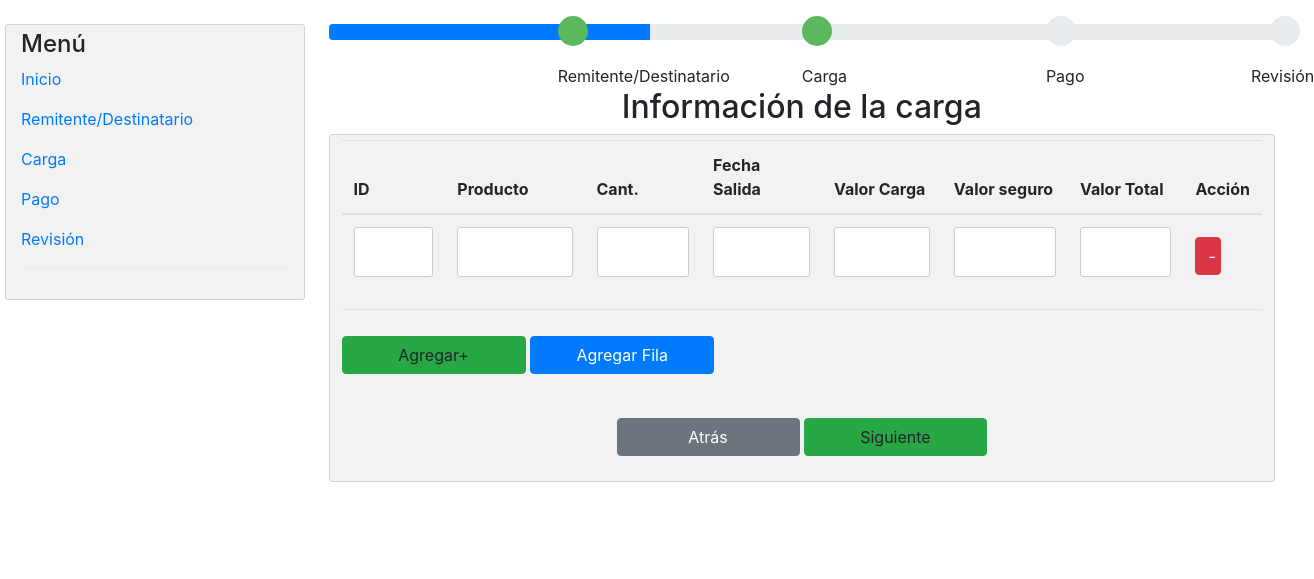
Repository: SennovaFluvial/Trasnfluvial
Page: appFluvial/templates/card1carga.html
The author's editor kept a copy of each file at every save. The page is drawn from the files as they stood at one save, then again after the next save.
The browser window is 1280 px wide. The page is 1314 px wide, so the pictures cover 1314 px, including what lies to the right of the window. The pictures show the whole page.
The template is drawn by Django 3.2. The application's start-up code is not run. The template is opened directly, without the code that normally fills it, so the values that code supplies are empty.

Above is the page before, as saved 2023-10-19 23:51:14.

After the next save:
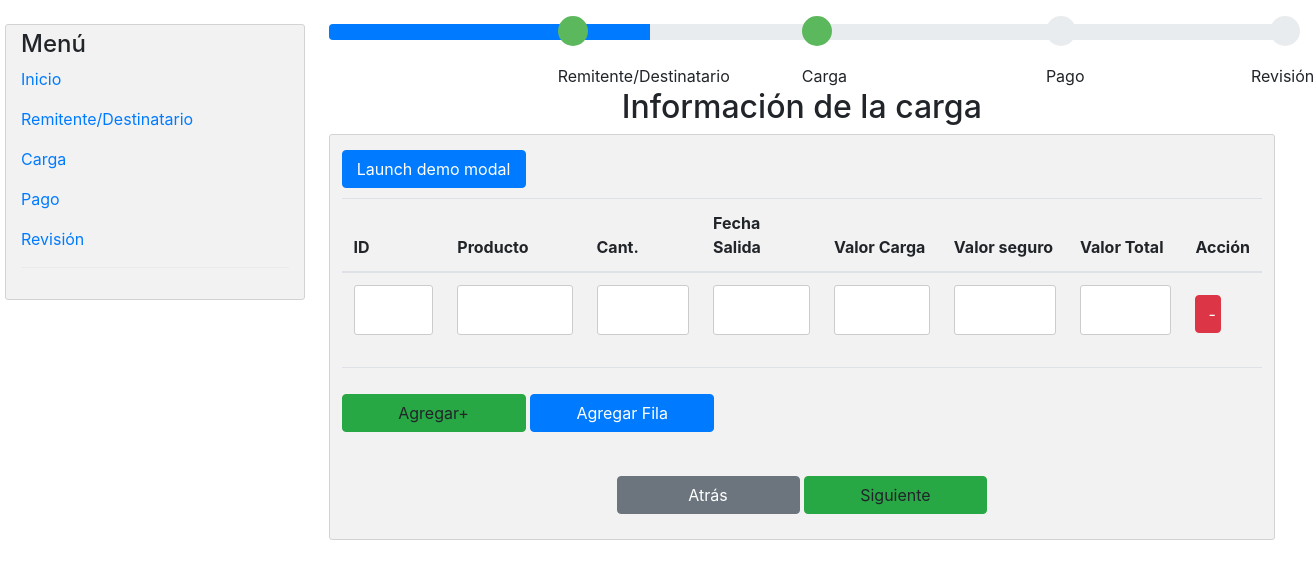
Saved 84 s later.
--- a/appFluvial/templates/card1carga.html
+++ b/appFluvial/templates/card1carga.html
@@ -248,28 +248,38 @@ span.price {
     <div class="text-center">
     <h2>Información de la carga</h2>
     </div>
-    <div class="modal" tabindex="-1">
-      <div class="modal-dialog">
-        <div class="modal-content">
-          <div class="modal-header">
-            <h5 class="modal-title">Modal title</h5>
-            <button type="button" class="btn-close" data-bs-dismiss="modal" aria-label="Close"></button>
-          </div>
-          <div class="modal-body">
-            <p>Modal body text goes here.</p>
-          </div>
-          <div class="modal-footer">
-            <button type="button" class="btn btn-secondary" data-bs-dismiss="modal">Close</button>
-            <button type="button" class="btn btn-primary">Save changes</button>
-          </div>
-        </div>
-      </div>
-    </div>
+
     <div class="container">
       <form method="post">
         {% csrf_token %}
         <div class="row">
           <div class="col-50">
+            <!-- Button trigger modal -->
+            <button type="button" class="btn btn-primary" data-bs-toggle="modal" data-bs-target="#exampleModal">
+              Launch demo modal
+            </button>
+
+            <!-- Modal -->
+            <div class="modal fade" id="exampleModal" tabindex="-1" aria-labelledby="exampleModalLabel" aria-hidden="true">
+              <div class="modal-dialog">
+                <div class="modal-content">
+                  <div class="modal-header">
+                    <h1 class="modal-title fs-5" id="exampleModalLabel">Modal title</h1>
+                    <button type="button" class="btn-close" data-bs-dismiss="modal" aria-label="Close"></button>
+                  </div>
+                  <div class="modal-body">
+                    ...
+                  </div>
+                  <div class="modal-footer">
+                    <button type="button" class="btn btn-secondary" data-bs-dismiss="modal">Close</button>
+                    <button type="button" class="btn btn-primary">Save changes</button>
+                  </div>
+                </div>
+              </div>
+            </div>
+
+
+
             <table class="table">
               <thead>
                 <tr>
